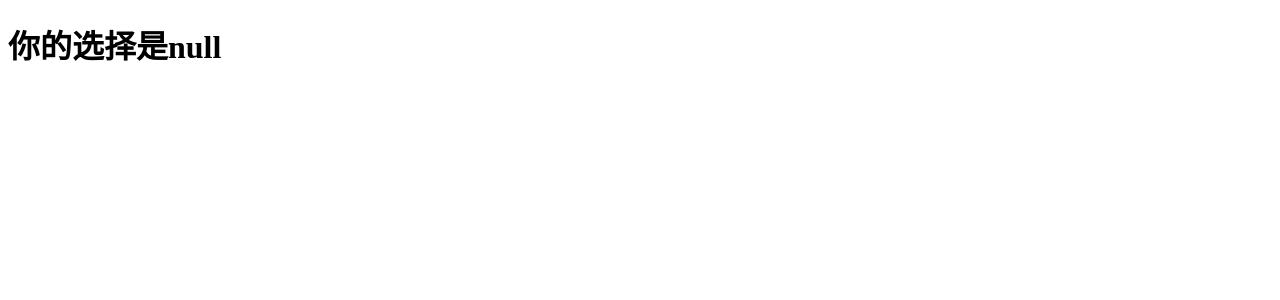
Repository: yz990219/InfectStatisticWeb
Page: http://localhost/MyInfectStatisticWeb/province.jsp
These files come from the project's save history. The page is drawn as it stood at one moment and after the next save; the edit follows.
The browser window is 1280 px wide. The pictures show the whole page.
The page is served by Tomcat 9.

Above is the page before, as saved 2020-03-13 16:36:41.

After the next save:
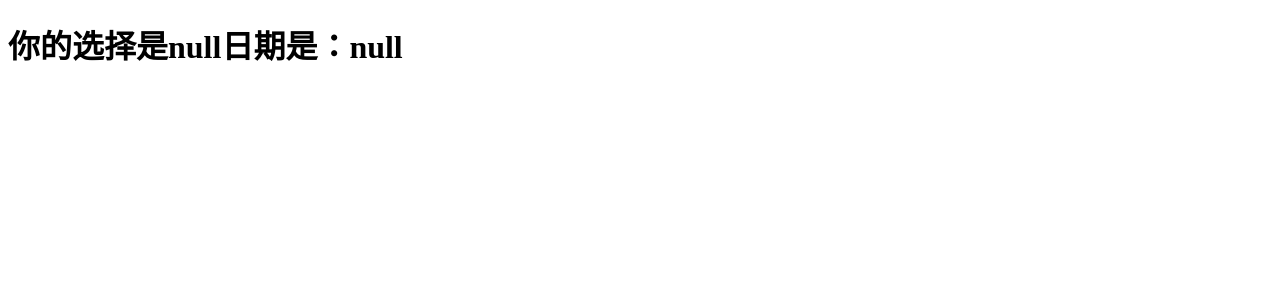
Saved 20 s later.
--- a/MyInfectStatisticWeb/WebContent/province.jsp
+++ b/MyInfectStatisticWeb/WebContent/province.jsp
@@ -12,6 +12,6 @@
 <link href="css/datechoose.css" rel="stylesheet">
 </head>
 <body>
-<h1>你的选择是<%=request.getParameter("province_value") %></h1>
+<h1>你的选择是<%=request.getParameter("province_value") %>日期是：<%=request.getParameter("date") %></h1>
 </body>
 </html>
